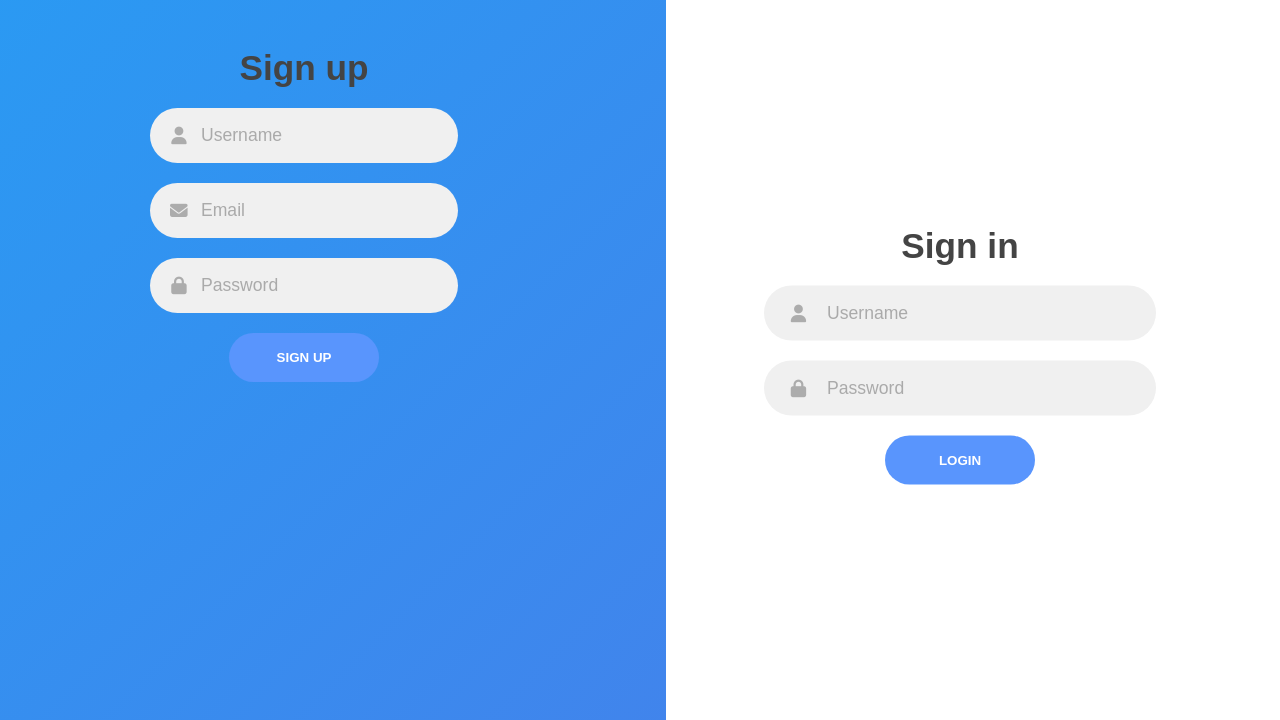
Repository: sarfaraz1611/NitteMovie.github.io
Page: login.html
An editor plug-in stored every save of this project. The page is shown before and after a run of saves, followed by the edit.
The browser window is 1280 px wide. The pictures show the whole page.
Some web libraries are served in a nearby version.

Above is the page before, as saved 2022-07-15 23:47:07.

After the next 3 saves:
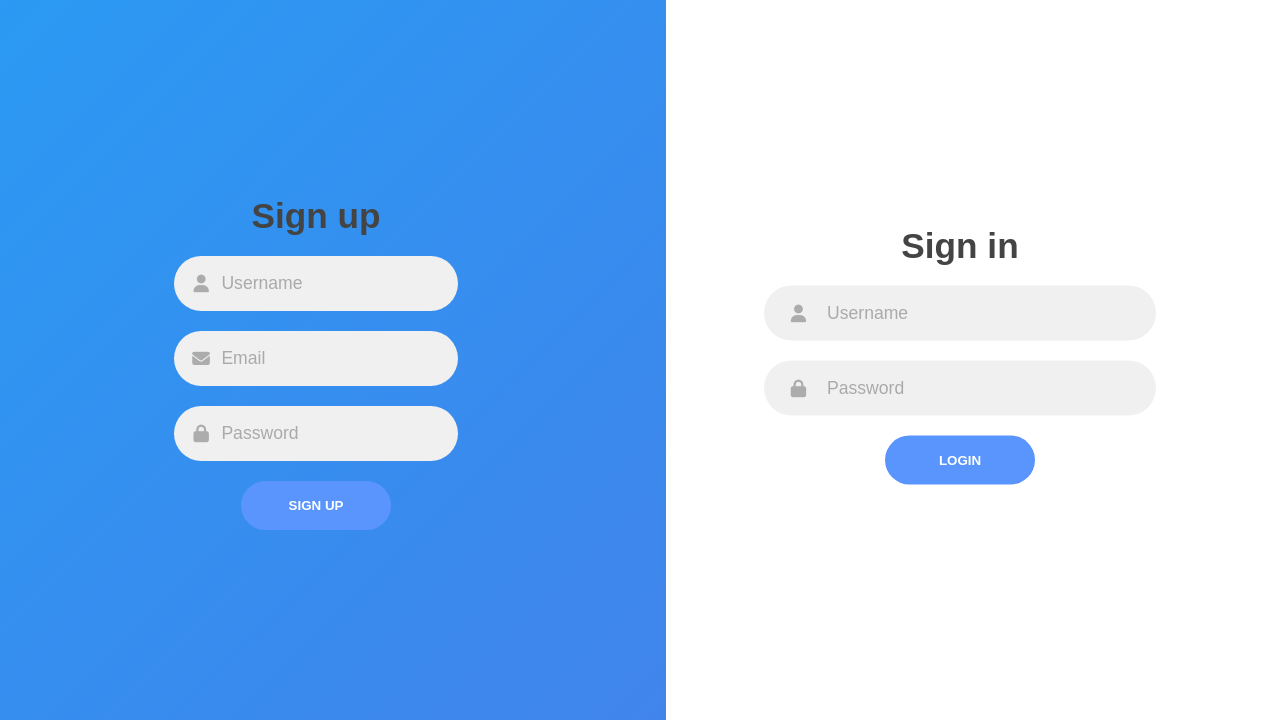
The 3 saves are shown as one change because they came seconds apart.
The last was saved 13 s later.
--- a/assets/css/main.css
+++ b/assets/css/main.css
@@ -415,9 +415,9 @@ form {
 .panel {
   display: flex;
   flex-direction: column;
-  /* align-items: flex-end; */
-  /* justify-content: space-around; */
-  /* text-align: center; */
+  align-items: flex-end;
+  justify-content: space-around;
+  text-align: center;
   z-index: 3;
   padding: 3rem 17% 2rem 12%;
 }
